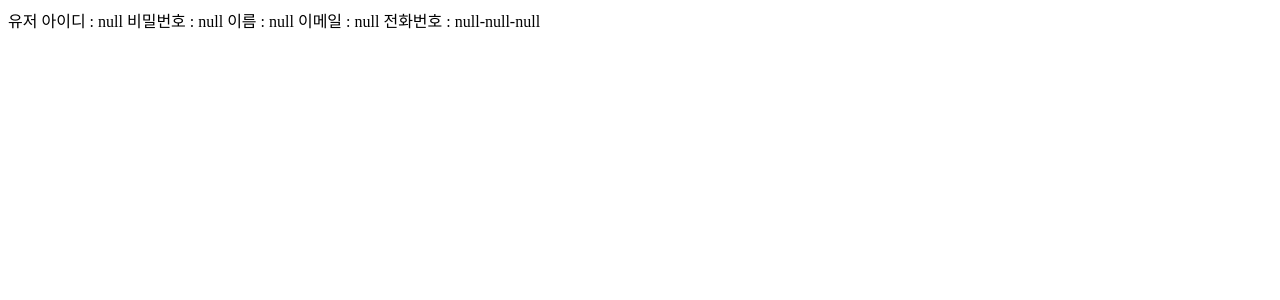
Repository: steeveelee2/WEB_Study
Page: http://localhost/servlet1Project/silsub1.do
An editor plug-in stored every save of this project. The page is shown before and after the next save, followed by the edit.
The browser window is 1280 px wide. The pictures show the whole page.
The page is served by Tomcat 9.

Above is the page before, as saved 2018-10-10 23:28:53.

After the next save:
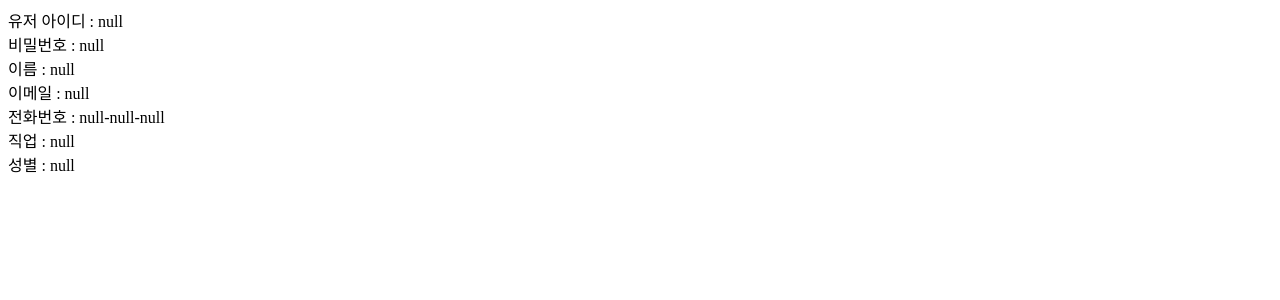
Saved 2 min 38 s later.
--- a/webWorkspace/servlet1Project/src/controller/Silsub1Servlet.java
+++ b/webWorkspace/servlet1Project/src/controller/Silsub1Servlet.java
@@ -34,11 +34,15 @@ public class Silsub1Servlet extends HttpServlet {
 		PrintWriter out=response.getWriter();
 
 		out.println("<html><head><title>실습1</title></head><body>");
-		out.println("유저 아이디 : "+request.getParameter("userid"));
-		out.println("비밀번호 : "+request.getParameter("pass"));
-		out.println("이름 : "+request.getParameter("name"));
-		out.println("이메일 : "+request.getParameter("email"));
-		out.println("전화번호 : "+request.getParameter("tel1")+"-"+request.getParameter("tel2")+"-"+request.getParameter("tel3"));
+		out.println("유저 아이디 : "+request.getParameter("userid")+"<br>");
+		out.println("비밀번호 : "+request.getParameter("pass")+"<br>");
+		out.println("이름 : "+request.getParameter("name")+"<br>");
+		out.println("이메일 : "+request.getParameter("email")+"<br>");
+		out.println("전화번호 : "+request.getParameter("tel1")+"-"+request.getParameter("tel2")+"-"+request.getParameter("tel3")+"<br>");
+		out.println("직업 : "+request.getParameter("job")+"<br>");
+		out.println("성별 : "+request.getParameter("gender")+"<br>");
+
+
 		out.println("</body></html>");
 
 	}
